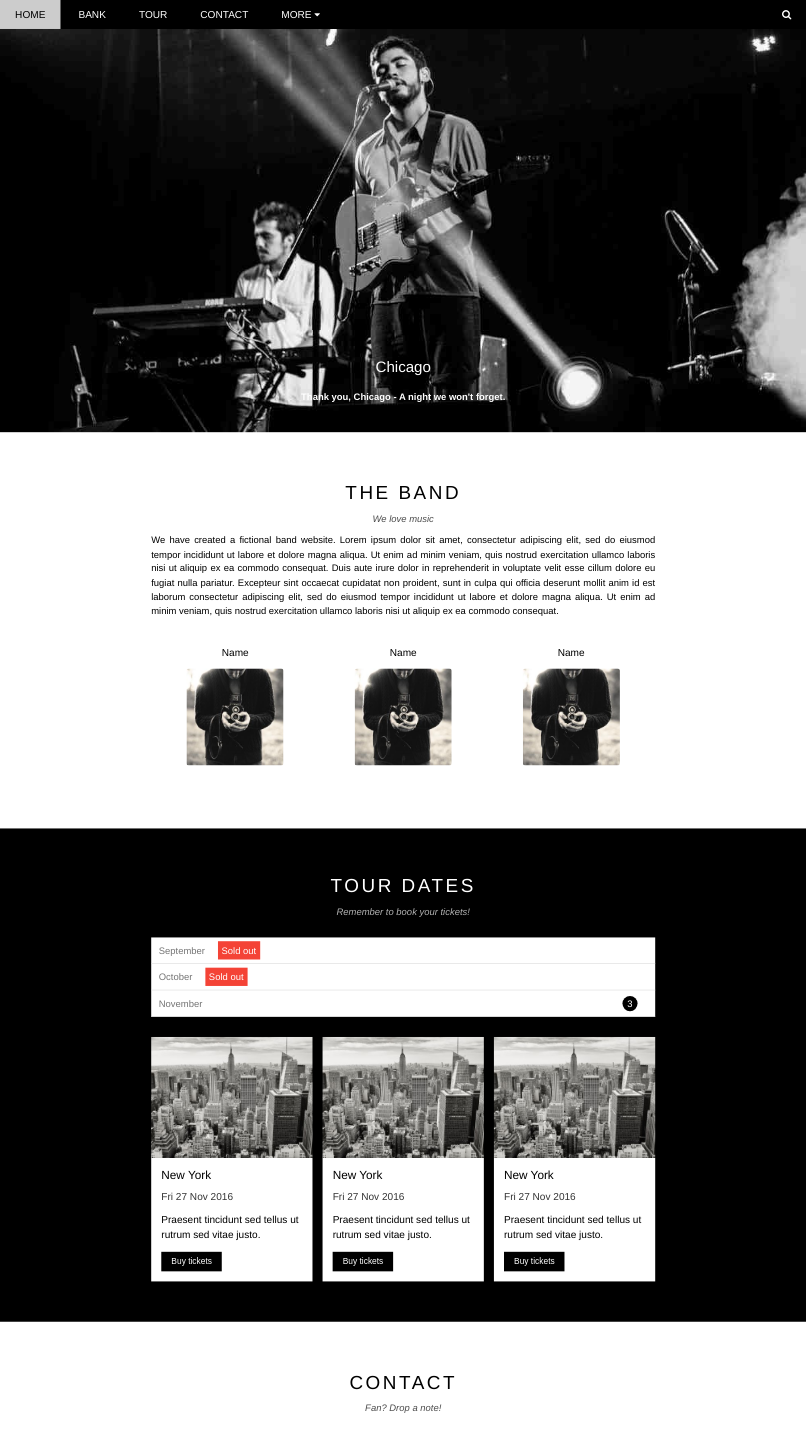
Repository: vuongtm1999/TheBand_W3School
Page: index.html
These files come from the project's save history. The page is drawn as it stood at one moment and after the next save; the edit follows.
The browser window is 1280 px wide. The pictures show the whole page, at 63% of full size.

Above is the page before, as saved 2022-08-28 08:48:48.

After the next save:
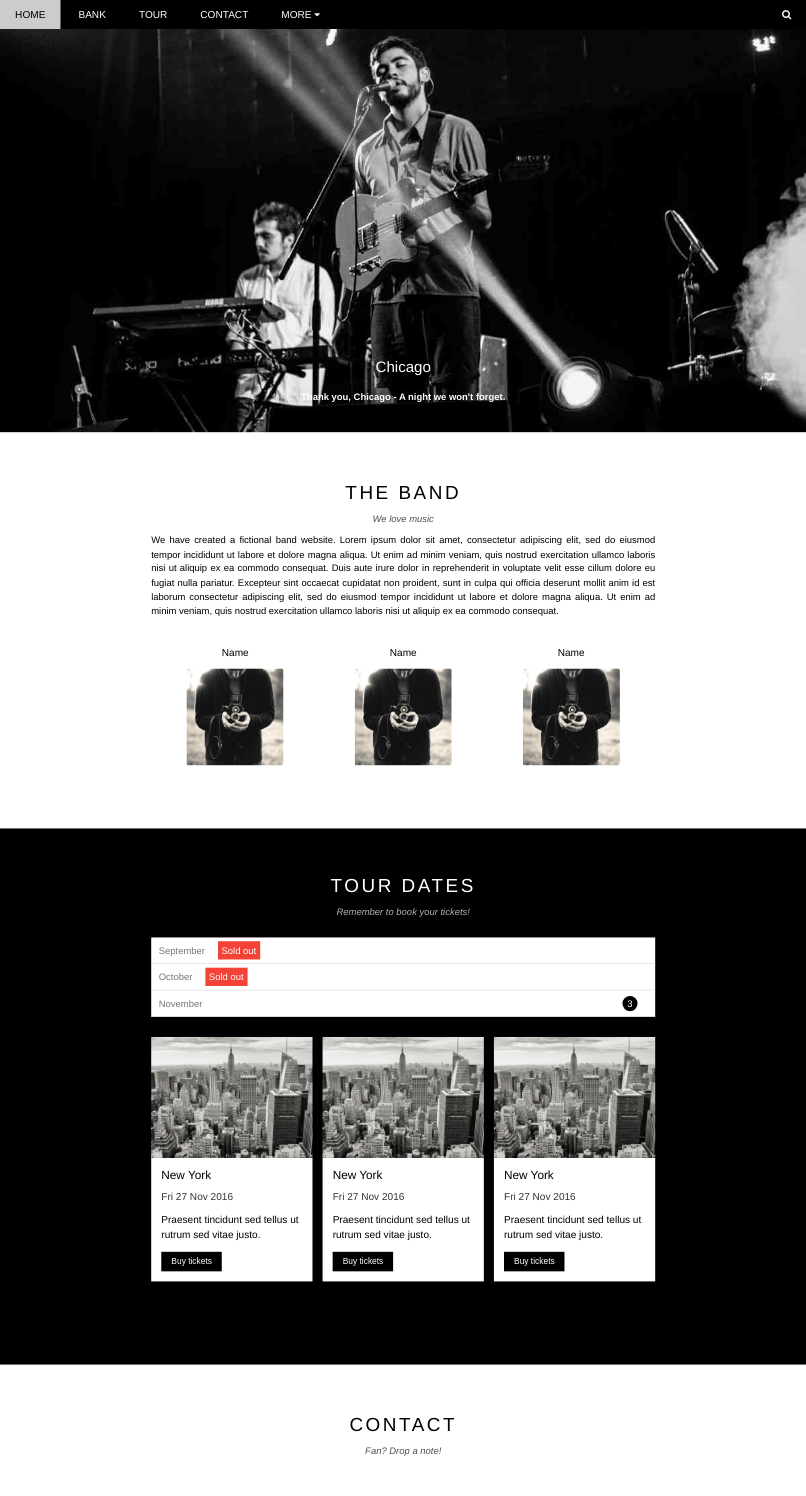
Saved 81 s later.
--- a/assets/css/style.css
+++ b/assets/css/style.css
@@ -218,6 +218,7 @@ a{
 /* Tour section */
 .tour-section{
     background-color: #000;
+    min-height: 851px;
 }
 
 /*  begin: tour section */
